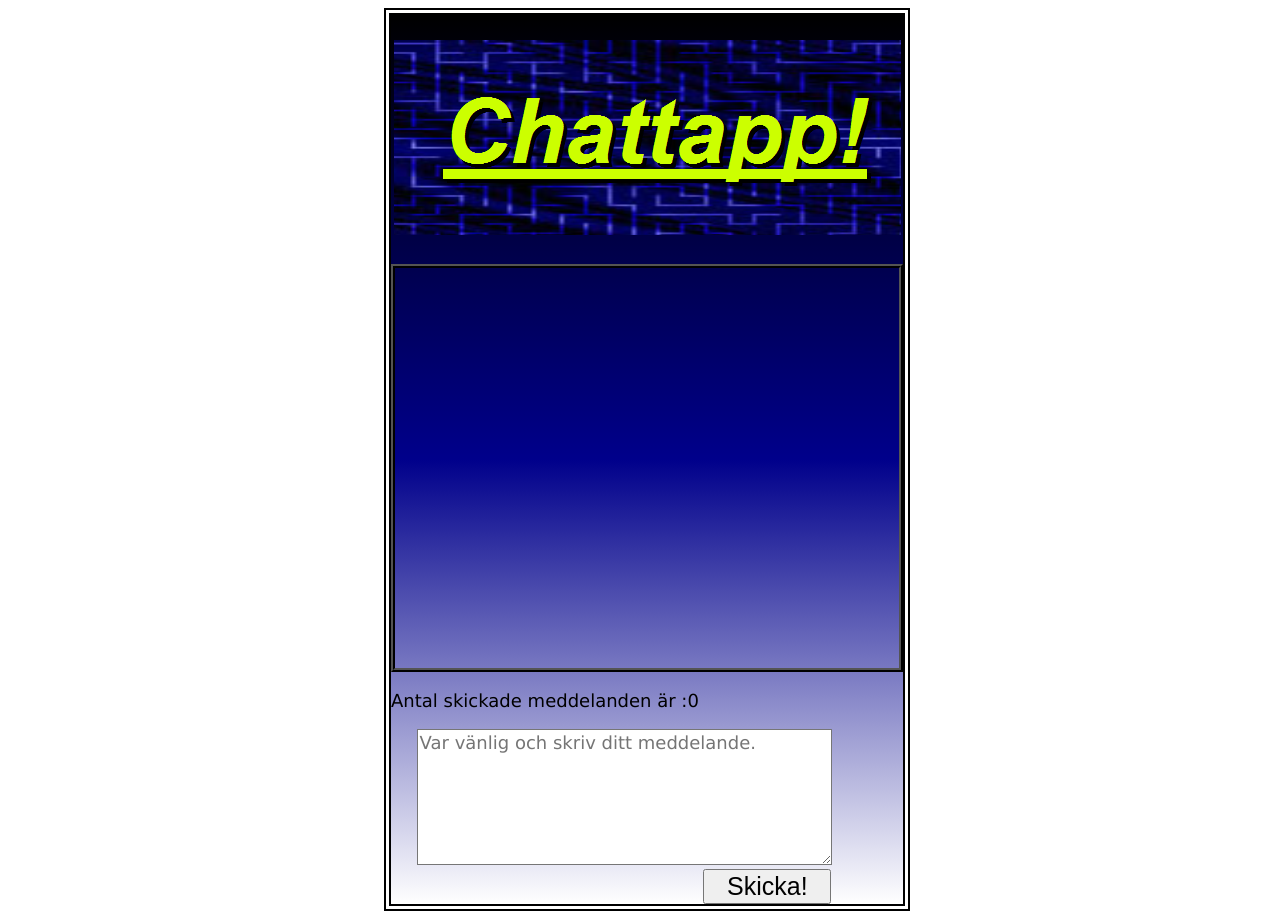
Repository: MartinArvidsson/1dv403-laborationer-Martin-Arvidsson
Page: 2-labbymezzage/index.html
The author's editor kept a record of every edit. The page is drawn from the files as they stood at one moment, then again after the next edit.
The browser window is 1280 px wide. The pictures show the whole page.

Above is the page before.

### 2-labbymezzage/index.html
<!DOCTYPE Html>
<html>
    <Head>
        <meta charset="UTF-8">
        <Title>Laboration 2 - Labby message</Title>
        <link rel="stylesheet" type="text/css" href="style.css">
    </Head>
    <body>
            <main>
                <div id="logotype">
                    <img src="logotypelabby.PNG" alt="logotype för chattappen">
                </div>
                <div id="messagesarea"></div>
                <p id="messagesSent">Antal skickade meddelanden är :0</p>
                <textarea id="textarea" rows="8" cols="60" placeholder="Var vänlig och skriv ditt meddelande."></textarea>
                <input id ="sendmessage" type="submit" value="Skicka!"/>
            </main>
        <script type="text/javascript" src="message.js"></script>
        <script type="text/javascript" src="messageApp.js"></script>
    </body>
</html>

### 2-labbymezzage/style.css
#logotype
{
    text-align:center;
    padding-top:25px;
    padding-bottom:25px;
}
body
{
   width:40%;
   margin-left:30%;
   border:double 7px black;
}
main
{
    background: linear-gradient(black,darkblue,white);
    border:7px black;
}
#messagesarea
{
    overflow-y:scroll;
    max-height:400px;
    height:400px;
    border:ridge 4px black;
}
#messagesSent
{

}
textarea
{
   font-family:Verdana;
    max-width:80%;
    width:80%;
    height:130px;
    font-size:18px;
    margin-bottom:1%;

}
textarea
{
    background-color:White;
    margin-right:5%;
    margin-left:5%;
}
p
{
   font-family:Verdana;
   font-size:18px;
   margin-left:5;
}
#sendmessage
{
    width:25%;
    font-size:25px;
    margin-right:15%;
    margin-top:-1%;
    margin-left:61%;
}

### 2-labbymezzage/message.js
"use strict";

function Message (message, date){

    this.getText = function(){
        return message;
        };

    this.setText = function(_text){
        message = _text;
        };

    this.getDate =function(){
        return date;
    };

    this.setDate =function(_date){
        date = _date;
    };
}
Message.prototype.toString = function(){
    return this.getText()+" ("+this.getDate()+")";
}
Message.prototype.getHTMLText = function(){
    return this.getText().replace(/[\n\r]/g, "<br/>");
}
Message.prototype.getDateText = function (){

}

### 2-labbymezzage/messageApp.js
"use strict";
var messageApp = {
    messages:[],
    messagesSent: 0,
    init:function()
    {
        //var mess = new Message("Test1",new Date());
        //alert (mess);
        //alert (mess.getText());
       // mess.setText("Text2");
       // alert(mess);
    }
}
window.onload = messageApp.init;

After the next edit:
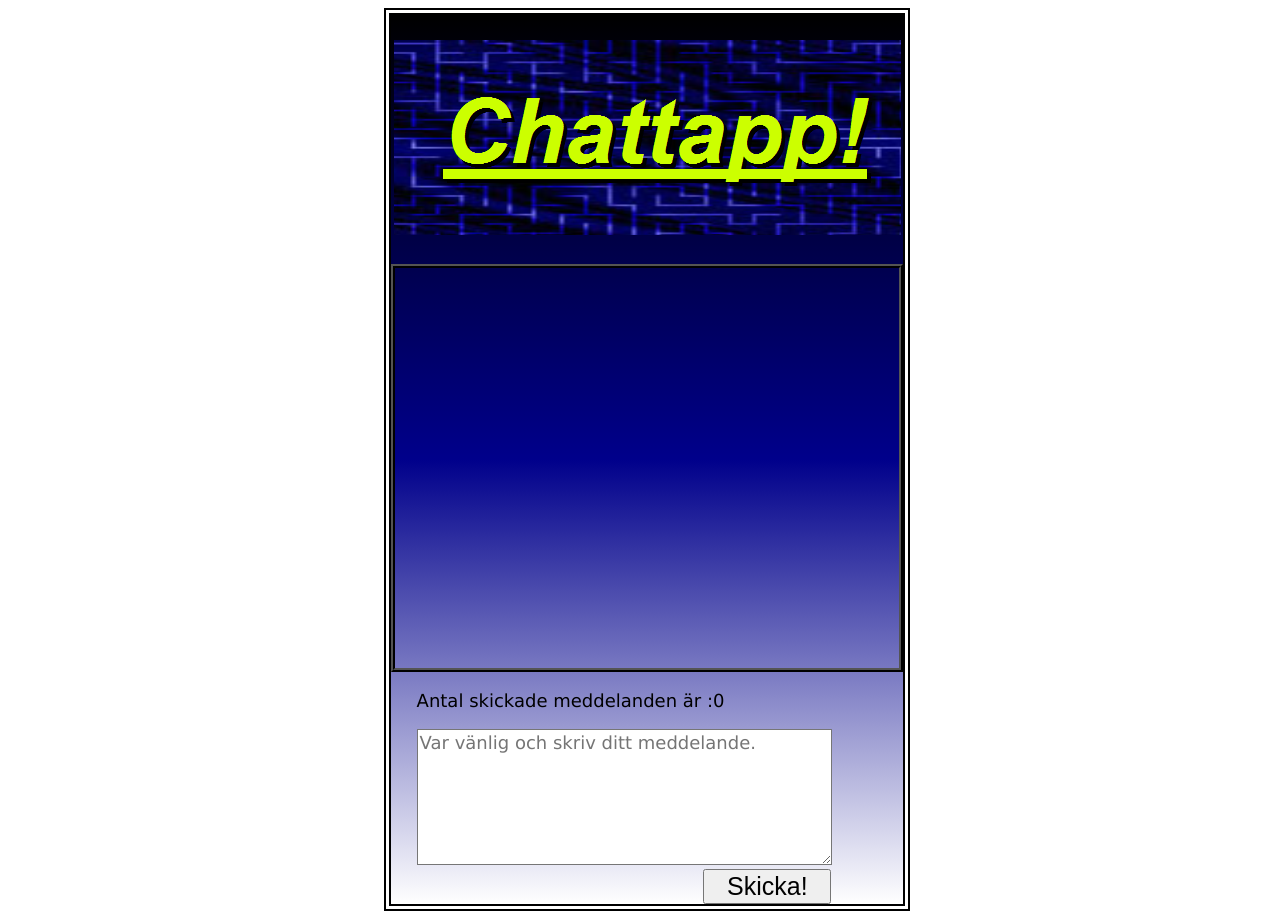
The edit:
--- a/2-labbymezzage/style.css
+++ b/2-labbymezzage/style.css
@@ -46,7 +46,7 @@
 {
    font-family:Verdana;
    font-size:18px;
-   margin-left:5;
+   margin-left:5%;
 }
 #sendmessage
 {
